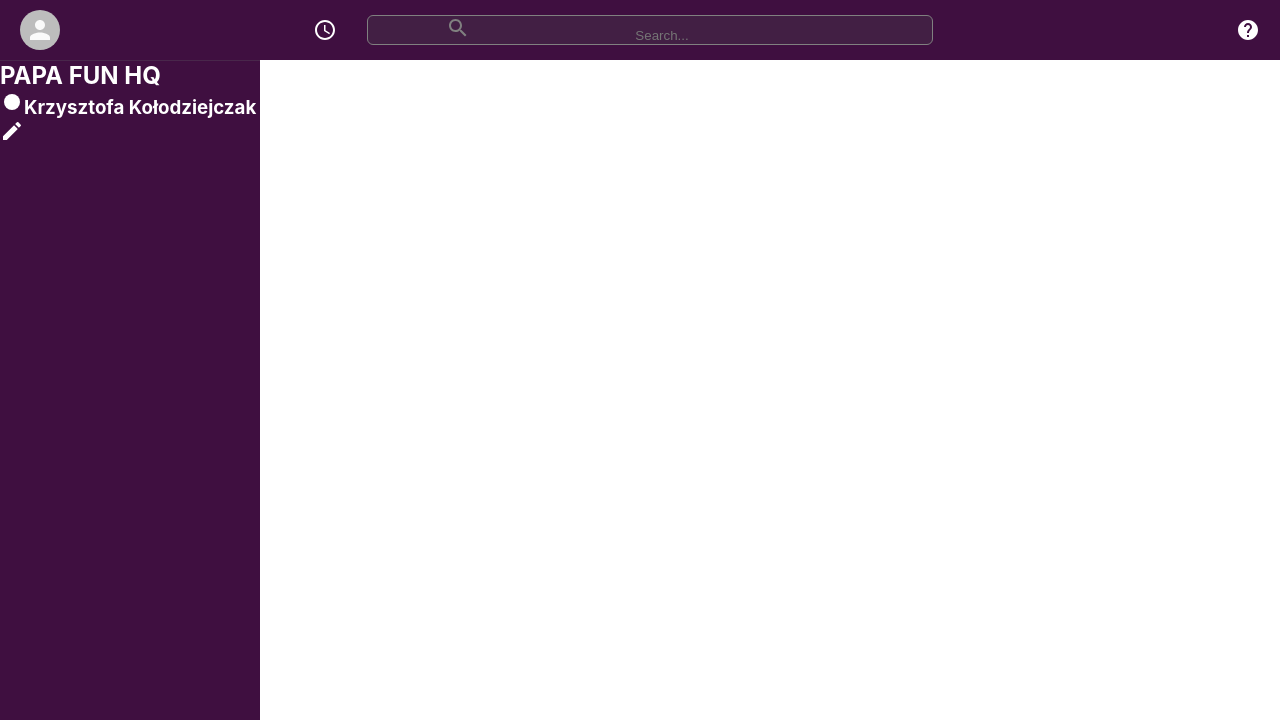
Repository: KrzysKolo/slackClone
Page: /
The author's editor kept a copy of each file at every save. The page is drawn from the files as they stood at one save, then again after the next save.
The browser window is 1280 px wide. The pictures show the whole page.
The project was rebuilt for these pictures with package versions that can differ from the ones it lists, and the page was loaded fresh each time. Also part of the build but not shown: src/App.css, src/pages/About/About.js.

Above is the page before, as saved 2021-12-27 14:31:44.

After the next save:
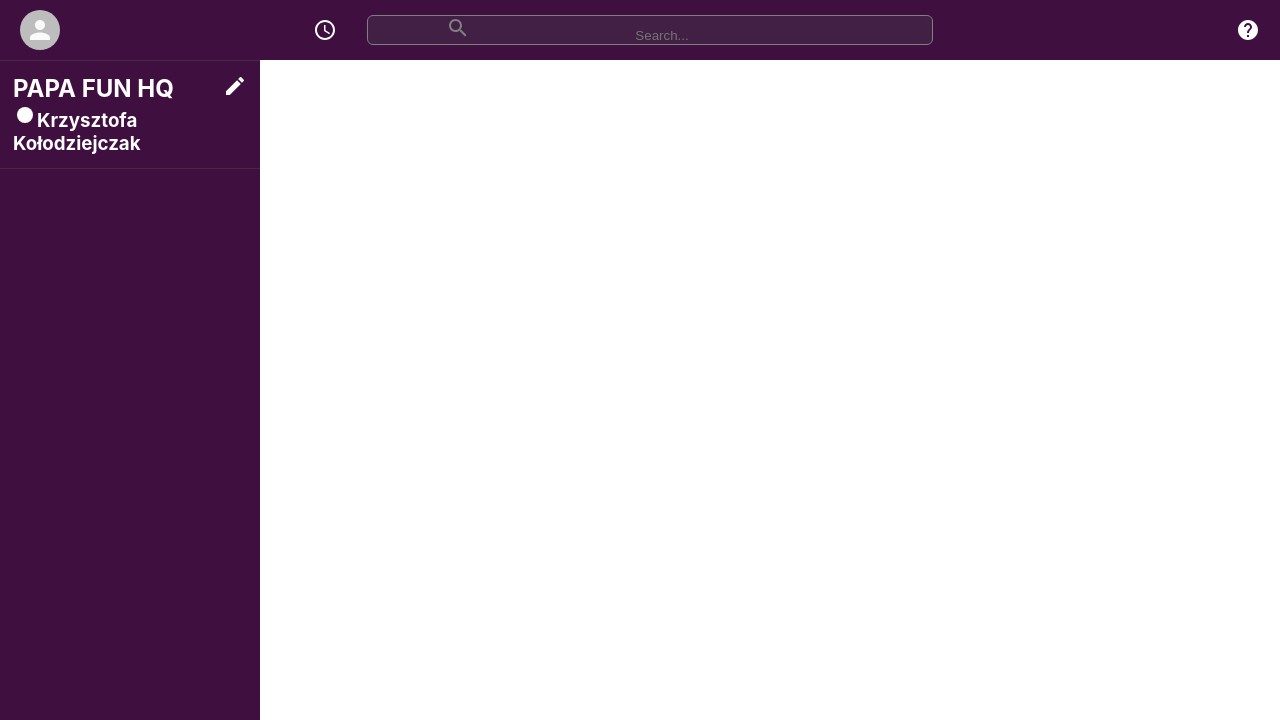
Saved 4 min 53 s later.
--- a/src/components/Sidebar/style.js
+++ b/src/components/Sidebar/style.js
@@ -9,6 +9,10 @@ export const SidebarContainer = styled.div`
   margin-top: 60px;
 `;
 
-export const SidebarHead = styled.div``;
+export const SidebarHead = styled.div`
+  display: flex;
+  border-bottom: 1px solid #49274b;
+  padding: 13px;
+`;
 
 export const SidebarInfo = styled.div``;
